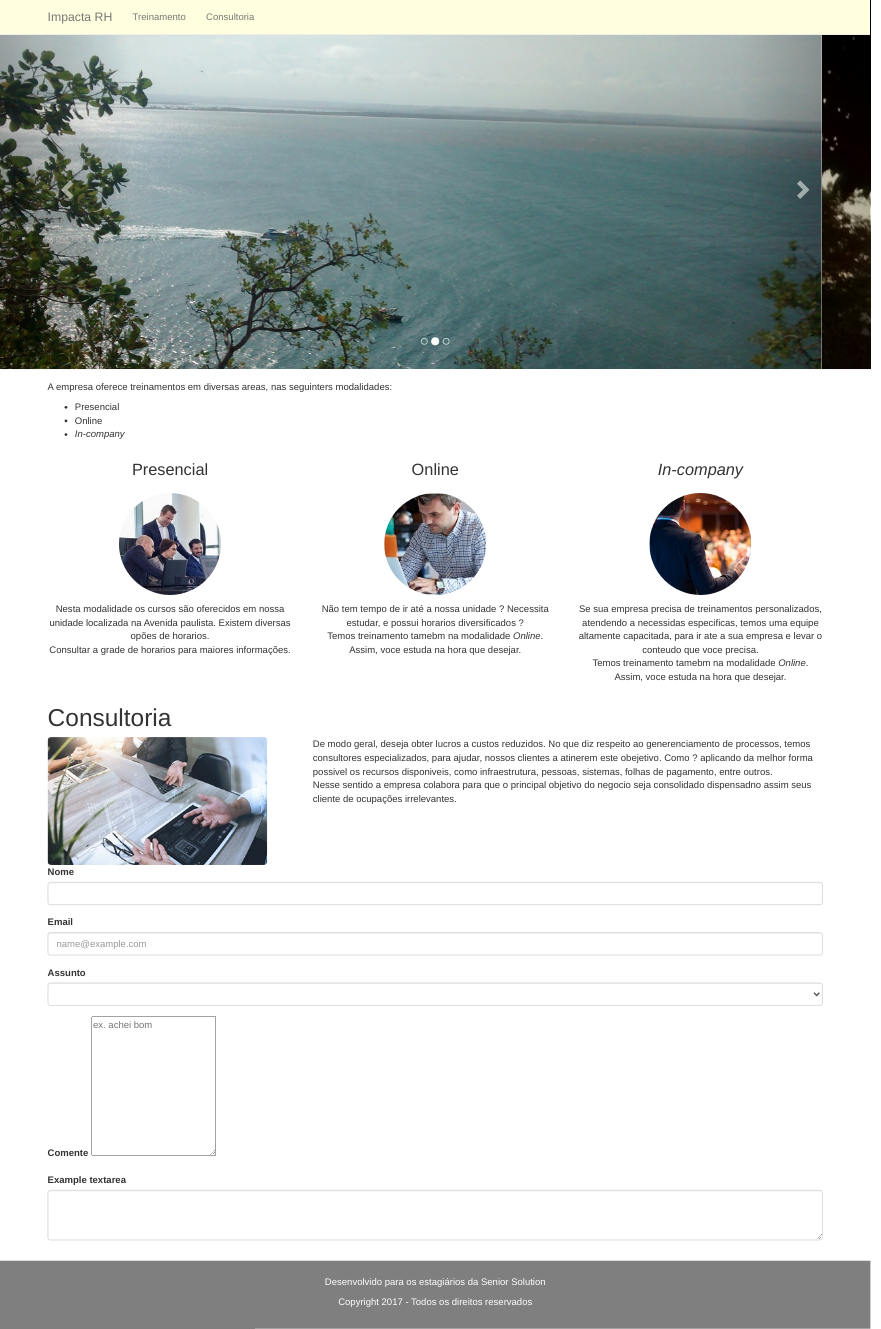
Repository: NicholasMaestrello/treinamento-impacta
Page: DesenvolvimentoJava/Modulo06/02_EmpresaRH/WebContent/produtos.html
These files come from the project's save history. The page is drawn as it stood at one moment and after the next save; the edit follows.
The browser window is 1280 px wide. The page is 1295 px wide, so the pictures cover 1295 px, including what lies to the right of the window. The pictures show the whole page, at 68% of full size.
Some web libraries are served in a nearby version.

Above is the page before, as saved 2017-10-20 18:44:11.

After the next save:
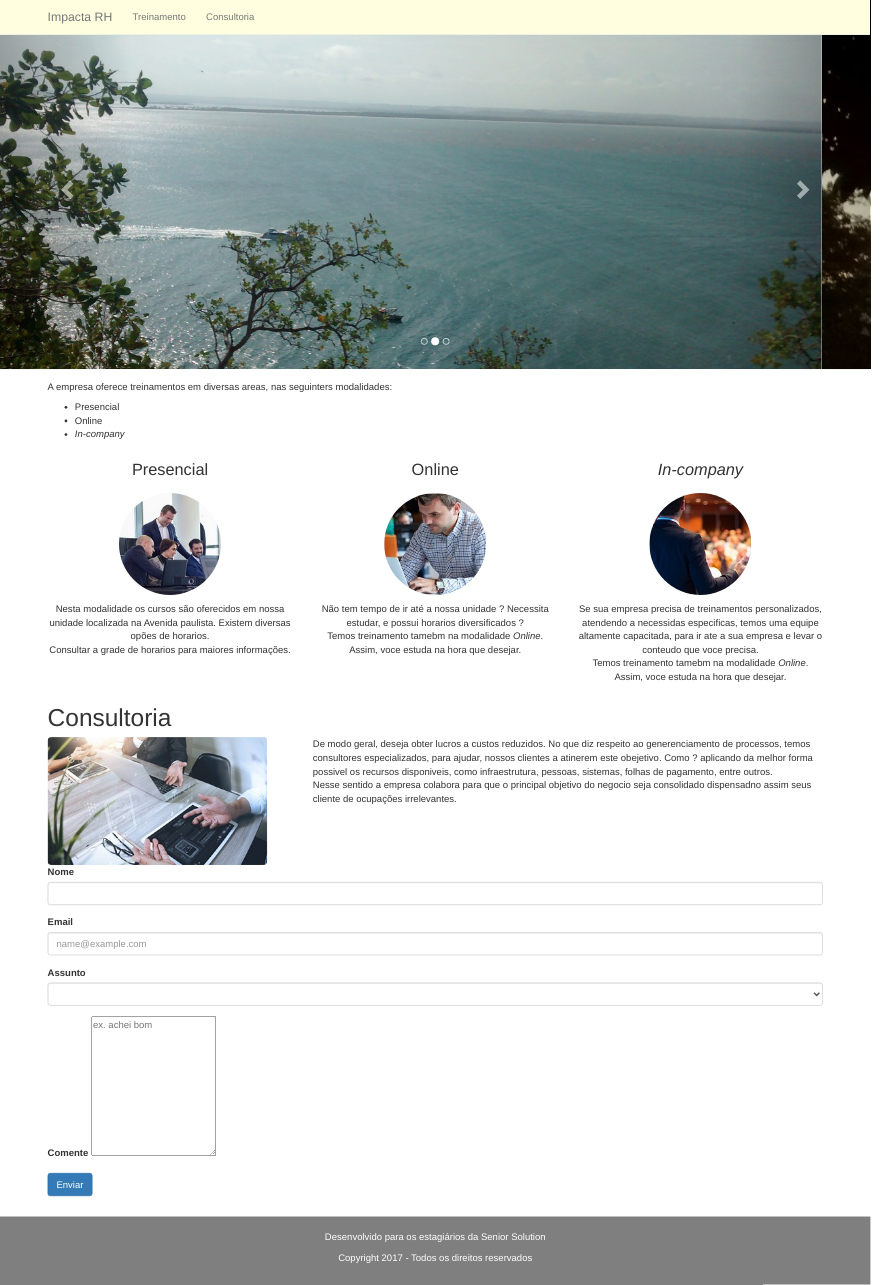
Saved 51 s later.
--- a/DesenvolvimentoJava/Modulo06/02_EmpresaRH/WebContent/produtos.html
+++ b/DesenvolvimentoJava/Modulo06/02_EmpresaRH/WebContent/produtos.html
@@ -148,9 +148,7 @@
 							<textarea rows="10" cols="20" placeholder="ex. achei bom"></textarea>
 						</div>
 						<div class="form-group">
-							<label for="exampleFormControlTextarea1">Example textarea</label>
-							<textarea class="form-control" id="exampleFormControlTextarea1"
-								rows="3"></textarea>
+							<button type="submit" class="btn btn-primary">Enviar</button>
 						</div>
 					</form>
 				</section>
